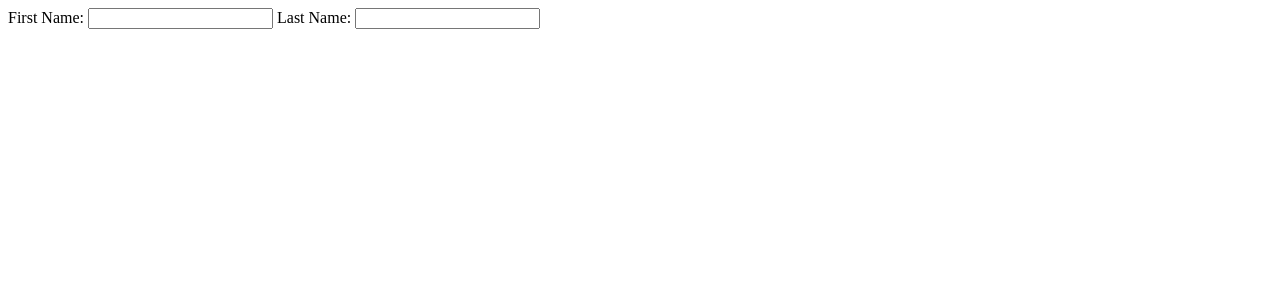
Repository: rileymeye1/ZTM
Page: register.html
The author's editor kept a copy of each file at every save. The page is drawn from the files as they stood at one save, then again after the next save.
The browser window is 1280 px wide. The pictures show the whole page.

Above is the page before, as saved 2024-08-17 21:52:39.

After the next save:
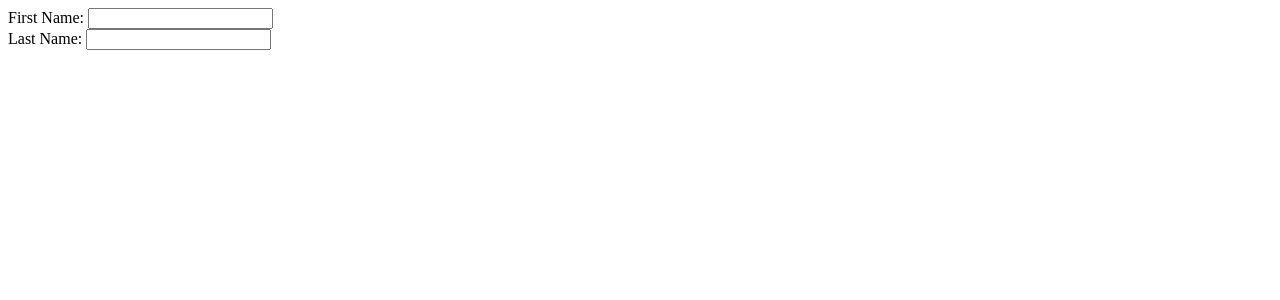
Saved 17 s later.
--- a/register.html
+++ b/register.html
@@ -7,7 +7,7 @@
   </head>
   <body>
     <form>
-      First Name: <input type="text">
+      First Name: <input type="text"><br>
       Last Name: <input type="text">
     </form>
   </body>
